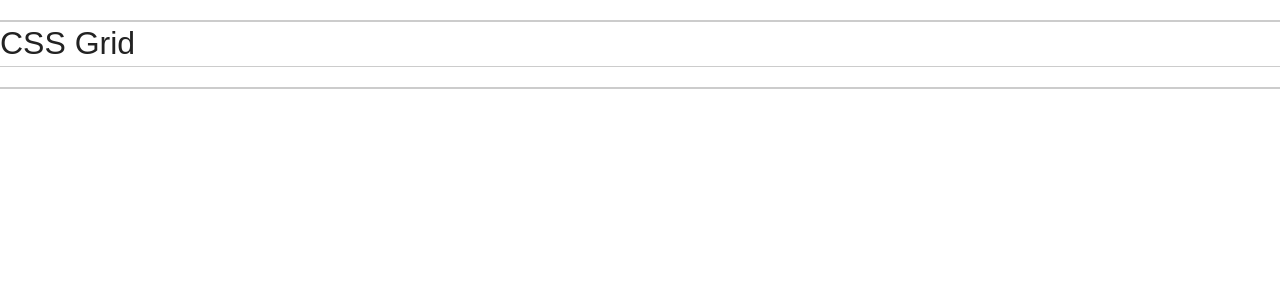
Repository: anoncoderin/madhu_kushal_html_layout
Page: metrosite_week4hw/index.html
The author's editor kept a copy of each file at every save. The page is drawn from the files as they stood at one save, then again after the next save.
The browser window is 1280 px wide. The pictures show the whole page.

Above is the page before, as saved 2023-01-27 22:45:40.

After the next save:
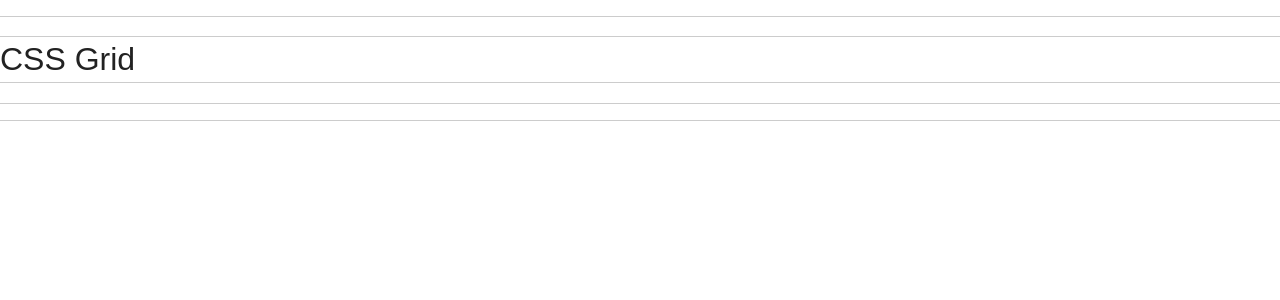
Saved 9 s later.
--- a/metrosite_week4hw/css/main.css
+++ b/metrosite_week4hw/css/main.css
@@ -43,7 +43,7 @@
 section,
 footer{
   outline: 1px solid #ccc;
-  min-height: 1 rem;
+  min-height: 1rem;
 
 }
 
